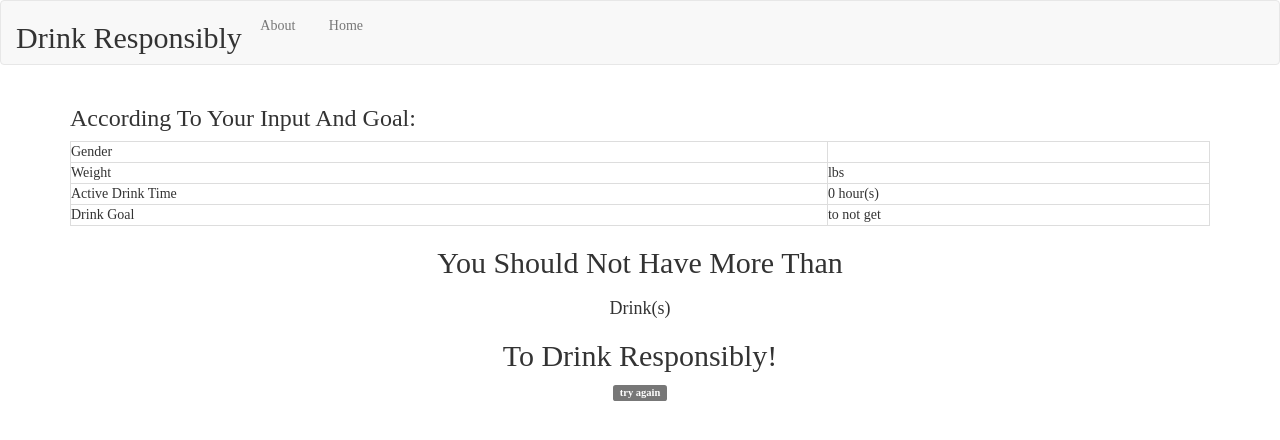
Repository: NatNat180/DrinkResponsibly
Page: http://localhost/DrinkResponsibly/calculate-drink-amount
An editor plug-in stored every save of this project. The page is shown before and after the next save, followed by the edit.
The browser window is 1280 px wide. The pictures show the whole page.
Some web fonts or font styles are not loaded; a fallback is used. The page is served by Tomcat 9. Other server files are loaded and not shown.

Above is the page before, as saved 2016-04-07 20:56:00.

### DrinkResponsibly/WebContent/WEB-INF/results.jsp
<%@ page language="java" contentType="text/html; charset=UTF-8"
    pageEncoding="ISO-8859-1"%>
<%@ taglib prefix="c" uri="http://java.sun.com/jsp/jstl/core" %>
<!DOCTYPE html>
<html lang="eng">
<head>
<meta http-equiv="Content-Type" content="text/html; charset=UTF-8">
<link rel="stylesheet" type="text/css" href="bootstrap/css/bootstrap.css"/>
<link rel="stylesheet" type="text/css" href="css/style.css"/>
<title>Drink Responsibly - Your Results</title>
</head>
<body>
<c:import url="/WEB-INF/navigation.html"/>
<section class="container">

<h3>According To Your Input And Goal:</h3>
<table class="table-bordered" style="width: 100%;">
<tr>
	<td>Gender</td>
	<td><c:out value="${gender}"></c:out></td>
</tr>
<tr>
	<td>Weight</td>
	<td><c:out value="${weight} lbs"></c:out></td>
</tr>
<tr>
	<td>Active Drink Time</td>
	<td><c:out value="${drink-time} hour(s)"></c:out></td>
</tr>
<tr>
	<td>Drink Goal</td>
	<td>to not get <c:out value="${goal}"></c:out></td>
</tr>
</table>

<div class="center-text">
<h2>You Should Not Have More Than</h2>
<h1><span class="label label-primary"><c:out value="${drinks}"></c:out></span></h1>
<h4>Drink(s)</h4>
<h2>To Drink Responsibly!</h2>
<span class="label label-default"><a href="form">try again</a></span>
</div>

</section>
</body>
</html>

### DrinkResponsibly/WebContent/WEB-INF/navigation.html
<nav class="navbar navbar-default" role="navigation">
	<div class="container-fluid">
		<div class="navbar-header">
		  <h1 class="nav-title" style="font-size: 30px;">Drink Responsibly</h1>
		</div>
		<ul class="nav navbar-nav navbar-left">
			<li id="right"><a href="">&nbsp;About</a>
			<li id="right"><a href="form">&nbsp;Home</a>
		</ul>
	</div>
</nav>

### DrinkResponsibly/src/com/application/CalculateDrinkAmount.java
package com.application;

import java.io.IOException;
//import java.io.PrintWriter;

import javax.servlet.ServletException;
import javax.servlet.annotation.WebServlet;
import javax.servlet.http.HttpServlet;
import javax.servlet.http.HttpServletRequest;
import javax.servlet.http.HttpServletResponse;

@WebServlet("/calculate-drink-amount")
public class CalculateDrinkAmount extends HttpServlet {
	private static final long serialVersionUID = 1L;

	//make class variables
	double initialBAC;
	double expendableBAC = 0.015;
	double finalBAC;
	int drinks;

    public CalculateDrinkAmount() {
        super();

    }

	protected void doGet(HttpServletRequest request, HttpServletResponse response) throws ServletException, IOException {

		request.getServletContext().getRequestDispatcher("/WEB-INF/results.jsp").forward(request, response);
	}

	protected void doPost(HttpServletRequest request, HttpServletResponse response) throws ServletException, IOException {

		//response.setContentType("text/html");
		//PrintWriter out = response.getWriter();

		//Retrieve values from form
		String gender = request.getParameter("gender");
		String weight = request.getParameter("weight");
		String drinkTime = request.getParameter("drink-time");
		String goal = request.getParameter("goal");
		String unit = request.getParameter("unit");

		//Parse int the weight and drinkTime so that they are no longer strings and can be manipulated
		int weightNum = Integer.parseInt(weight);
		int drinkTimeNum = Integer.parseInt(drinkTime);

		//convert from kg to lbs if kg was used
		if(unit.equals("kg")){
			weightNum *= 2.2046;
		}

		//Enable them to be printed out in a JSP
		request.setAttribute("gender", gender);
		request.setAttribute("weight", weightNum);
		request.setAttribute("drink-time", drinkTime);
		request.setAttribute("goal", goal);

		//Set initial drink amount
		//If the person plans on drinking for at least an hour or more, set the initial drink amount to the total hours they plan on drinking
		//Otherwise, set the initial drink amount to zero
		if(drinkTimeNum >= 1){
			drinks = drinkTimeNum;
		} else {
			drinks = 0;
		}

		//Calculate initial BAC levels based on gender and weight
		if(gender.equals("male")){

			if(weightNum <= 100){

				initialBAC = 0.0435;

			} else if(weightNum > 100 && weightNum < 125){

				double base = 0.0435;
				double rate = 0.00036 * 5;

				switch(weightNum){
				case 101:
				case 102:
				case 103:
				case 104:
					initialBAC = base;
					break;
				case 105:
				case 106:
				case 107:
				case 108:
				case 109:
					initialBAC = base - rate;
					break;
				case 110:
				case 111:
				case 112:
				case 113:
				case 114:
					initialBAC = base - (rate * 2);
					break;
				case 115:
				case 116:
				case 117:
				case 118:
				case 119:
					initialBAC = base - (rate * 3);
					break;
				case 120:
				case 121:
				case 122:
				case 123:
				case 124:
					initialBAC = base - (rate * 4);
					break;
				}

			} else if(weightNum >= 125 && weightNum < 150){

				double base = 0.0345;
				double rate = 0.0002 * 5;

				switch(weightNum){
				case 125:
				case 126:
				case 127:
				case 128:
				case 129:
					initialBAC = base;
					break;
				case 130:
				case 131:
				case 132:
				case 133:
				case 134:
					initialBAC = base - rate;
					break;
				case 135:
				case 136:
				case 137:
				case 138:
				case 139:
					initialBAC = base - (rate * 2);
					break;
				case 140:
				case 141:
				case 142:
				case 143:
				case 144:
					initialBAC = base - (rate * 3);
					break;
				case 145:
				case 146:
				case 147:
				case 148:
				case 149:
					initialBAC = base - (rate * 4);
					break;
				}

			} else if(weightNum >= 150 && weightNum < 175){

				double base = 0.0295;
				double rate = 0.00016 * 5;

				switch(weightNum){
				case 150:
				case 151:
				case 152:
				case 153:
				case 154:
					initialBAC = base;
					break;
				case 155:
				case 156:
				case 157:
				case 158:
				case 159:
					initialBAC = base - rate;
					break;
				case 160:
				case 161:
				case 162:
				case 163:
				case 164:
					initialBAC = base - (rate * 2);
					break;
				case 165:
				case 166:
				case 167:
				case 168:
				case 169:
					initialBAC = base - (rate * 3);
					break;
				case 170:
				case 171:
				case 172:
				case 173:
				case 174:
					initialBAC = base - (rate * 4);
					break;
				}

			} else if(weightNum >= 175 && weightNum < 200){

				double base = 0.0255;
				double rate = 0.00012 * 5;

				switch(weightNum){
				case 175:
				case 176:
				case 177:
				case 178:
				case 179:
					initialBAC = base;
					break;
				case 180:
				case 181:
				case 182:
				case 183:
				case 184:
					initialBAC = base - rate;
					break;
				case 185:
				case 186:
				case 187:
				case 188:
				case 189:
					initialBAC = base - (rate * 2);
					break;
				case 190:
				case 191:
				case 192:
				case 193:
				case 194:
					initialBAC = base - (rate * 3);
					break;
				case 195:
				case 196:
				case 197:
				case 198:
				case 199:
					initialBAC = base - (rate * 4);
					break;
				}

			} else if(weightNum >= 200 && weightNum < 225){

				double base = 0.0225;
				double rate = 0.00012 * 5;

				switch(weightNum){
				case 200:
				case 201:
				case 202:
				case 203:
				case 204:
					initialBAC = base;
					break;
				case 205:
				case 206:
				case 207:
				case 208:
				case 209:
					initialBAC = base - rate;
					break;
				case 210:
				case 211:
				case 212:
				case 213:
				case 214:
					initialBAC = base - (rate * 2);
					break;
				case 215:
				case 216:
				case 217:
				case 218:
				case 219:
					initialBAC = base - (rate * 3);
					break;
				case 220:
				case 221:
				case 222:
				case 223:
				case 224:
					initialBAC = base - (rate * 4);
					break;
				}

			} else if(weightNum >= 225 && weightNum < 250){

				double base = 0.0195;
				double rate = 0.00008 * 5;

				switch(weightNum){
				case 225:
				case 226:
				case 227:
				case 228:
				case 229:
					initialBAC = base;
					break;
				case 230:
				case 231:
				case 232:
				case 233:
				case 234:
					initialBAC = base - rate;
					break;
				case 235:
				case 236:
				case 237:
				case 238:
				case 239:
					initialBAC = base - (rate * 2);
					break;
				case 240:
				case 241:
				case 242:
				case 243:
				case 244:
					initialBAC = base - (rate * 3);
					break;
				case 245:
				case 246:
				case 247:
				case 248:
				case 249:
					initialBAC = base - (rate * 4);
					break;
				}

			} else if(weightNum >= 250 && weightNum < 275){

				double base = 0.0175;
				double rate = 0.00008 * 5;

				switch(weightNum){
				case 250:
				case 251:
				case 252:
				case 253:
				case 254:
					initialBAC = base;
					break;
				case 255:
				case 256:
				case 257:
				case 258:
				case 259:
					initialBAC = base - rate;
					break;
				case 260:
				case 261:
				case 262:
				case 263:
				case 264:
					initialBAC = base - (rate * 2);
					break;
				case 265:
				case 266:
				case 267:
				case 268:
				case 269:
					initialBAC = base - (rate * 3);
					break;
				case 270:
				case 271:
				case 272:
				case 273:
				case 274:
					initialBAC = base - (rate * 4);
					break;
				}

			} else {

				double base = 0.0175;
				double rate = 0.00008 * 5;

				initialBAC = base - (rate * 5);
			}

		} else { //for females

			if(weightNum <= 100){

				initialBAC = 0.0505;

			} else if(weightNum > 100 && weightNum < 125){

				double base = 0.0505;
				double rate = 0.0004 * 5;

				switch(weightNum){
				case 101:
				case 102:
				case 103:
				case 104:
					initialBAC = base;
					break;
				case 105:
				case 106:
				case 107:
				case 108:
				case 109:
					initialBAC = base - rate;
					break;
				case 110:
				case 111:
				case 112:
				case 113:
				case 114:
					initialBAC = base - (rate * 2);
					break;
				case 115:
				case 116:
				case 117:
				case 118:
				case 119:
					initialBAC = base - (rate * 3);
					break;
				case 120:
				case 121:
				case 122:
				case 123:
				case 124:
					initialBAC = base - (rate * 4);
					break;
				}

			} else if(weightNum >= 125 && weightNum < 150){

				double base = 0.0405;
				double rate = 0.00024 * 5;

				switch(weightNum){
				case 125:
				case 126:
				case 127:
				case 128:
				case 129:
					initialBAC = base;
					break;
				case 130:
				case 131:
				case 132:
				case 133:
				case 134:
					initialBAC = base - rate;
					break;
				case 135:
				case 136:
				case 137:
				case 138:
				case 139:
					initialBAC = base - (rate * 2);
					break;
				case 140:
				case 141:
				case 142:
				case 143:
				case 144:
					initialBAC = base - (rate * 3);
					break;
				case 145:
				case 146:
				case 147:
				case 148:
				case 149:
					initialBAC = base - (rate * 4);
					break;
				}

			} else if(weightNum >= 150 && weightNum < 175){

				double base = 0.0345;
				double rate = 0.0002 * 5;

				switch(weightNum){
				case 150:
				case 151:
				case 152:
				case 153:
				case 154:
					initialBAC = base;
					break;
				case 155:
				case 156:
				case 157:
				case 158:
				case 159:
					initialBAC = base - rate;
					break;
				case 160:
				case 161:
				case 162:
				case 163:
				case 164:
					initialBAC = base - (rate * 2);
					break;
				case 165:
				case 166:
				case 167:
				case 168:
				case 169:
					initialBAC = base - (rate * 3);
					break;
				case 170:
				case 171:
				case 172:
				case 173:
				case 174:
					initialBAC = base - (rate * 4);
					break;
				}

			} else if(weightNum >= 175 && weightNum < 200){

				double base = 0.0295;
				double rate = 0.00012 * 5;

				switch(weightNum){
				case 175:
				case 176:
				case 177:
				case 178:
				case 179:
					initialBAC = base;
					break;
				case 180:
				case 181:
				case 182:
				case 183:
				case 184:
					initialBAC = base - rate;
					break;
				case 185:
				case 186:
				case 187:
				case 188:
				case 189:
					initialBAC = base - (rate * 2);
					break;
				case 190:
				case 191:
				case 192:
				case 193:
				case 194:
					initialBAC = base - (rate * 3);
					break;
				case 195:
				case 196:
				case 197:
				case 198:
				case 199:
					initialBAC = base - (rate * 4);
					break;
				}

			} else if(weightNum >= 200 && weightNum < 225){

				double base = 0.0265;
				double rate = 0.00016 * 5;

				switch(weightNum){
				case 200:
				case 201:
				case 202:
				case 203:
				case 204:
					initialBAC = base;
					break;
				case 205:
				case 206:
				case 207:
				case 208:
				case 209:
					initialBAC = base - rate;
					break;
				case 210:
				case 211:
				case 212:
				case 213:
				case 214:
					initialBAC = base - (rate * 2);
					break;
				case 215:
				case 216:
				case 217:
				case 218:
				case 219:
					initialBAC = base - (rate * 3);
					break;
				case 220:
				case 221:
				case 222:
				case 223:
				case 224:
					initialBAC = base - (rate * 4);
					break;
				}

			} else if(weightNum >= 225 && weightNum < 250){

				double base = 0.0225;
				double rate = 0.00008 * 5;

				switch(weightNum){
				case 225:
				case 226:
				case 227:
				case 228:
				case 229:
					initialBAC = base;
					break;
				case 230:
				case 231:
				case 232:
				case 233:
				case 234:
					initialBAC = base - rate;
					break;
				case 235:
				case 236:
				case 237:
				case 238:
				case 239:
					initialBAC = base - (rate * 2);
					break;
				case 240:
				case 241:
				case 242:
				case 243:
				case 244:
					initialBAC = base - (rate * 3);
					break;
				case 245:
				case 246:
				case 247:
				case 248:
				case 249:
					initialBAC = base - (rate * 4);
					break;
				}

			} else if(weightNum >= 250 && weightNum < 275){

				double base = 0.0205;
				double rate = 0.00008 * 5;

				switch(weightNum){
				case 250:
				case 251:
				case 252:
				case 253:
				case 254:
					initialBAC = base;
					break;
				case 255:
				case 256:
				case 257:
				case 258:
				case 259:
					initialBAC = base - rate;
					break;
				case 260:
				case 261:
				case 262:
				case 263:
				case 264:
					initialBAC = base - (rate * 2);
					break;
				case 265:
				case 266:
				case 267:
				case 268:
				case 269:
					initialBAC = base - (rate * 3);
					break;
				case 270:
				case 271:
				case 272:
				case 273:
				case 274:
					initialBAC = base - (rate * 4);
					break;
				}

			} else {

				double base = 0.0205;
				double rate = 0.00008 * 5;

				initialBAC = base - (rate * 5);
			}

		}

		//determine finalBAC
		//if the drink time is less than an hour, their initialBAC (after one drink) is also their final BAC
		//if they plan to drink for more than an hour, their initialBAC wears off with each hour
		if(drinkTimeNum < 1){
			finalBAC = initialBAC;
		} else {
			finalBAC = ((initialBAC - expendableBAC) * drinkTimeNum) + initialBAC;
		}

		//calculate alloted drink amount based on BAC level
		// create a new variable which will start the same as the final blood alcohol level
		// this new variable keeps changing, but we need the initial finalBAC variable to
		// remain the same so it can keep adding to the new variable
		double BAC = finalBAC;

		// Set message if goal is to not get drunk
		if(goal.equals("drunk")){
			//Allow for drinks so long as it does not surpass limit.
			if(finalBAC > 0.05){
				drinks -= 1;
			} else {
				while(BAC < 0.04){
					BAC += initialBAC;
					drinks += 1;
				}
				// don't risk getting past the drunk limit - but if it's been an hour, your BAC lowers
			}

			if(drinks < 0){
				drinks = 0;
			}
		}

		// Set message if goal is to not get sick
		else if(goal.equals("sick")){
			//Allow for drinks so long as it does not surpass limit.
			if(finalBAC > 0.16){
				drinks -= 1;
			} else {
				while(BAC < 0.16){
					BAC += initialBAC;
					drinks += 1;
				}
			}

			if(drinks < 0){

				drinks = 0;
			}
		}

		//Make drinks into a String
		String drinkAmount = Integer.toString(drinks);
		//create a session attribute for drinks
		request.setAttribute("drinks", drinkAmount);

		String initial = Double.toString(initialBAC);
		request.setAttribute("initial", initial);

		String end = Double.toString(finalBAC);
		request.setAttribute("final", end);

		request.setAttribute("yes", BAC);

		doGet(request, response);
	}

}

### DrinkResponsibly/WebContent/css/style.css
@import url(https://fonts.googleapis.com/css?family=Fjalla+One|Poiret+One|Bitter|Arvo|Amatic+SC:400,700);

/*
font-family: 'Fjalla One', sans-serif;
font-family: 'Poiret One', cursive;
font-family: 'Bitter', serif;
font-family: 'Arvo', serif;
font-family: 'Amatic SC', cursive;
*/

h1 {font-family: 'Poiret One', cursive;}
body {font-family: 'Arvo', serif;}
.center-text {text-align:center;}

ul {
	list-style-type: none;
}

.label a {
	color: white;
}

a:hover{
	text-decoration: none;
	color: #55555;
}

form p {
	margin-top: 5px;
	margin-bottom: 5px;
}

hr {
	border: 0;
	height: 1px;
	background: #333;
	background-image: linear-gradient(to right, #ccc, #333, #ccc);
}

Loaded but not shown: DrinkResponsibly/WebContent/bootstrap/css/bootstrap.css (library)

After the next save:
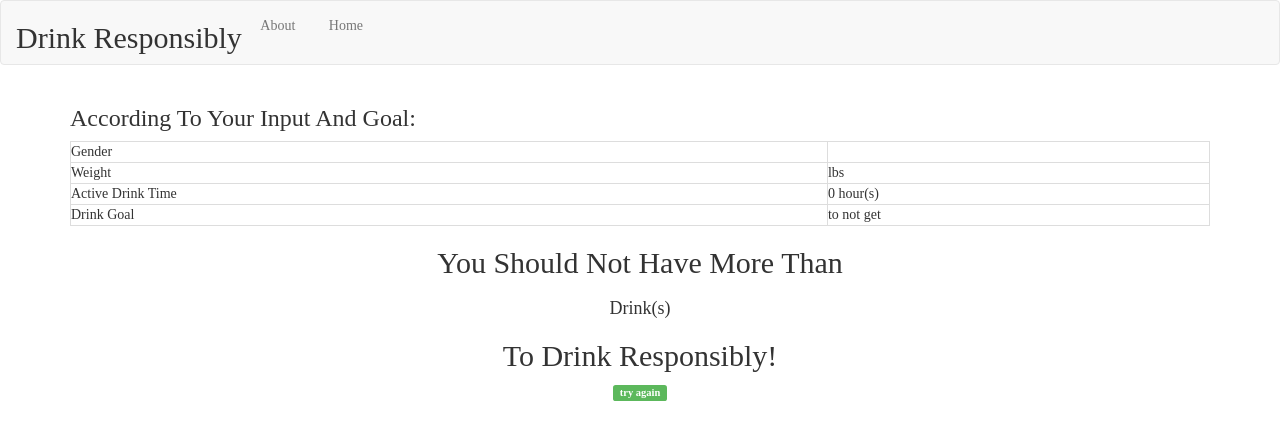
Saved 54 s later.
--- a/DrinkResponsibly/WebContent/WEB-INF/results.jsp
+++ b/DrinkResponsibly/WebContent/WEB-INF/results.jsp
@@ -35,10 +35,10 @@
 
 <div class="center-text">
 <h2>You Should Not Have More Than</h2>
-<h1><span class="label label-primary"><c:out value="${drinks}"></c:out></span></h1>
+<h1><span class="label label-success"><c:out value="${drinks}"></c:out></span></h1>
 <h4>Drink(s)</h4>
 <h2>To Drink Responsibly!</h2>
-<span class="label label-default"><a href="form">try again</a></span>
+<span class="label label-success"><a href="form">try again</a></span>
 </div>
 
 </section>
